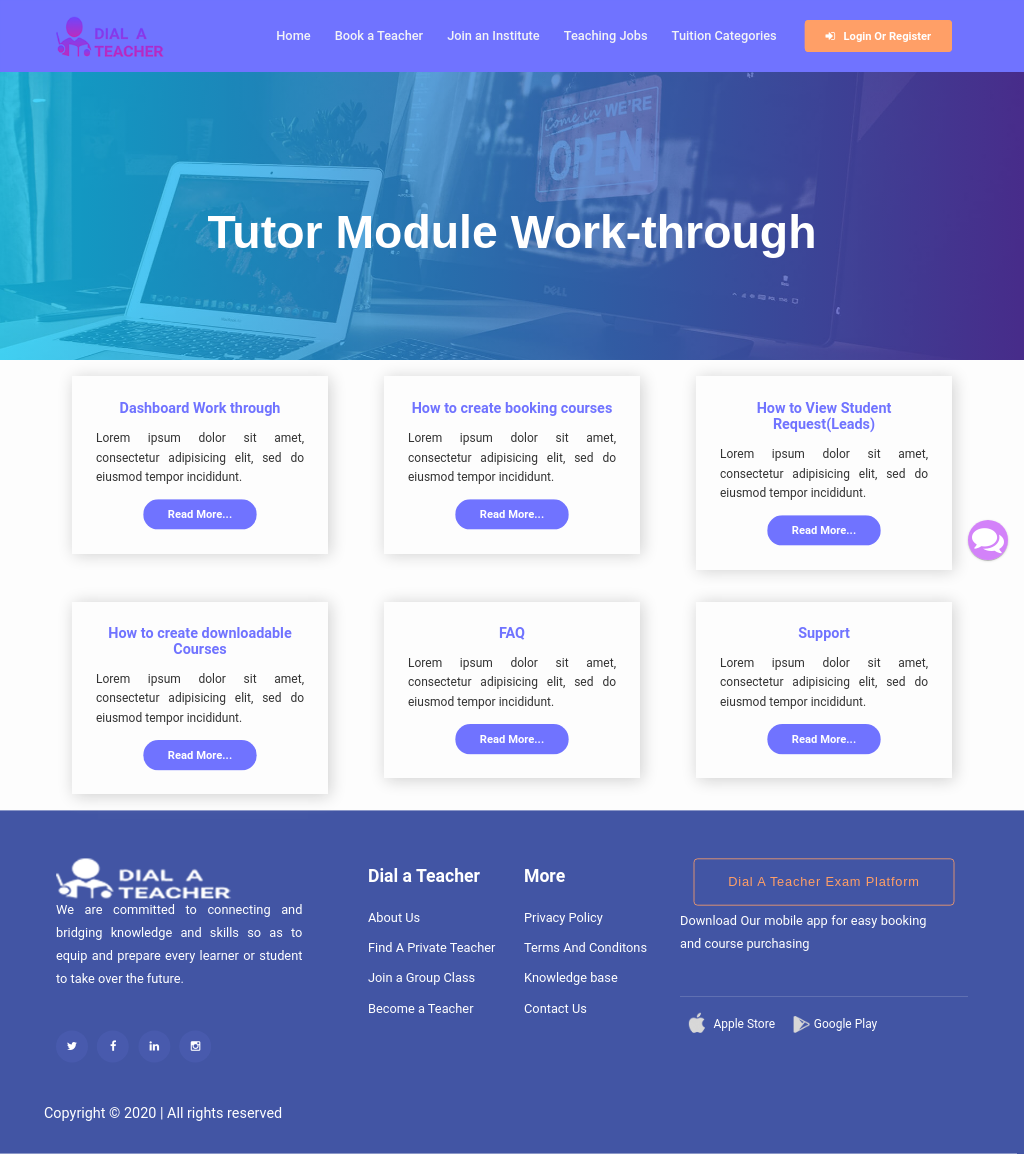
Repository: Samkiroko/DAT_knowledge
Page: instDashboard.html
An editor plug-in stored every save of this project. The page is shown before and after the next save, followed by the edit.
The browser window is 1280 px wide. The pictures show the whole page, at 80% of full size.

Above is the page before, as saved 2020-12-14 16:33:14.
Console error: TypeError: e.indexOf is not a function

### instDashboard.html
<!DOCTYPE html>
<html lang="en" dir="ltr">


  <!-- Mirrored from dialateacher.co.ke/faqs by HTTrack Website Copier/3.x [XR&CO'2014], Sat, 12 Dec 2020 12:13:42 GMT -->
  <!-- Added by HTTrack -->
  <meta http-equiv="content-type" content="text/html;charset=UTF-8" /><!-- /Added by HTTrack -->

  <head>
    <title>
      Dial a Teacher</title>
    <meta charset="utf-8">
    <meta http-equiv="X-UA-Compatible" content="IE=edge">
    <meta name="viewport" content="width=device-width, initial-scale=1">

    <meta name="description" content="Test Meta Description Value">

    <meta name="keywords" content="Test Meta Keyword Value ">
    <meta name="author" content="">
    <link rel="shortcut icon" href="assets/uploads/settings/thumbs/setting_152.png" />



    <!-- HTML5 Shim and Respond.js IE8 support of HTML5 elements and media queries -->
    <!-- WARNING: Respond.js doesn't work if you view the page via file:// -->
    <!--[if lt IE 9]>
           <script src="https://oss.maxcdn.com/libs/html5shiv/3.7.0/html5shiv.js"></script>
           <script src="https://oss.maxcdn.com/libs/respond.js/1.4.2/respond.min.js"></script>
       <![endif]-->

    <link rel="stylesheet" type="text/css" href="assets/front/css/main.css">


  </head>

  <body>
    <!-- Preloader -->
    <!-- <div id="preloader">
        <div id="status">&nbsp;</div>
    </div> -->
    <!-- Ends Preloader -->
    <!-- Nagigation -->
    <nav class="navbar navbar-default yamm">
      <div class="container">
        <!-- Brand and toggle get grouped for better mobile display -->
        <div class="navbar-header">
          <button type="button" class="navbar-toggle" data-toggle="collapse" data-target="#mega-nav-menu">
            <span class="sr-only">Toggle navigation</span>
            <span class="icon-bar"></span>
            <span class="icon-bar"></span>
            <span class="icon-bar"></span>
          </button>

          <a href="index.html"><img src="assets/uploads/settings/setting_35.png" class="logo " alt="logo"></a>
        </div>

        <!-- Collect the nav links, mega-menu, vertical-menu and other content for toggling -->
        <div class="collapse navbar-collapse" id="mega-nav-menu">
          <ul class="nav navbar-nav navbar-right">
            <li><a class="" href="index.html"> Home </a></li>

            <li><a class="" href="search-tutor.html"> Book a Teacher </a></li>

            <li><a class="" href="search-institute.html"> Join an Institute </a></li>

            <li><a class="" href="search-student-leads.html" title="Find Student Leads"> Teaching Jobs </a>
            </li>



            <li><a class="" href="courses.html"> Tuition Categories</a></li>


            <li>
              <a href="auth/login.html"> <span class="nav-btn"> <i class="fa  fa-sign-in"></i> &nbsp;
                  Login <span class="hidden-navbtn">Or Register</span></span>
              </a>
            </li>

          </ul>
        </div>
        <!-- /.navbar-collapse -->
      </div>
    </nav>
    <!-- Ends Navigation -->
    <!--===============================
    =            main-page            =
    ================================-->

    <div class="mwb-main-page example-main">
      <div class="container-fluid">
        <div class="mwb-main-page__content-wrapper">
          <h1 class="mwb-main-page__heading">Tutor Module Work-through</h1>
        </div>
      </div>
    </div>


    <!--====  End of main-page  ====-->

    <!--===========================================
=            documentation-section            =
============================================-->

    <div class="mwb-documentation-section section" id="documentation-section">
      <div class="container">
        <div class="row">
          <div class="col-lg-4 col-md-4 col-sm-6 col-xs-12">
            <a href="category.html" class="mwb-documentation-section__lists overflow" data-aos="flip-up">
              <h3>Dashboard Work through</h3>
              <p>Lorem ipsum dolor sit amet, consectetur adipisicing elit, sed do eiusmod tempor
                incididunt.</p>
              <button type="button" class="mwb-primary-btn mwb-documentation-section__btn">Read
                more...</button>
            </a>
          </div>
          <div class="col-lg-4 col-md-4 col-sm-6 col-xs-12">
            <a href="category.html" class="mwb-documentation-section__lists overflow" data-aos="flip-up">
              <h3>How to create booking courses</h3>
              <p>Lorem ipsum dolor sit amet, consectetur adipisicing elit, sed do eiusmod tempor
                incididunt.</p>
              <button type="button" class="mwb-primary-btn mwb-documentation-section__btn">Read
                more...</button>
            </a>
          </div>
          <div class="col-lg-4 col-md-4 col-sm-6 col-xs-12">
            <a href="category.html" class="mwb-documentation-section__lists overflow" data-aos="flip-up">
              <h3>How to View Student Request(Leads)</h3>
              <p>Lorem ipsum dolor sit amet, consectetur adipisicing elit, sed do eiusmod tempor
                incididunt.</p>
              <button type="button" class="mwb-primary-btn mwb-documentation-section__btn">Read
                more...</button>
            </a>
          </div>
          <div class="col-lg-4 col-md-4 col-sm-6 col-xs-12">
            <a href="category.html" class="mwb-documentation-section__lists overflow" data-aos="flip-up">
              <h3>How to create downloadable Courses</h3>
              <p>Lorem ipsum dolor sit amet, consectetur adipisicing elit, sed do eiusmod tempor
                incididunt.</p>
              <button type="button" class="mwb-primary-btn mwb-documentation-section__btn">Read
                more...</button>
            </a>
          </div>
          <div class="col-lg-4 col-md-4 col-sm-6 col-xs-12">
            <a href="category.html" class="mwb-documentation-section__lists overflow" data-aos="flip-up">
              <h3>FAQ</h3>
              <p>Lorem ipsum dolor sit amet, consectetur adipisicing elit, sed do eiusmod tempor
                incididunt.</p>
              <button type="button" class="mwb-primary-btn mwb-documentation-section__btn">Read
                more...</button>
            </a>
          </div>
          <div class="col-lg-4 col-md-4 col-sm-6 col-xs-12">
            <a href="category.html" class="mwb-documentation-section__lists overflow" data-aos="flip-up">
              <h3>Support</h3>
              <p>Lorem ipsum dolor sit amet, consectetur adipisicing elit, sed do eiusmod tempor
                incididunt.</p>
              <button type="button" class="mwb-primary-btn mwb-documentation-section__btn">Read
                more...</button>
            </a>
          </div>

        </div>
      </div>

      <!--====  End of documentation-section  ====-->
      <!-- Footer -->
      <footer>
        <div class="footer-wrappper footer-bg">
          <!-- Footer Start-->
          <div class="footer-area footer-padding">
            <div class="container">
              <div class="row justify-content-between">
                <div class="col-xl-3 col-lg-4 col-md-3 col-sm-5">
                  <div class="single-footer-caption mb-50">
                    <div class="single-footer-caption mb-30">
                      <!-- logo -->
                      <div class="footer-logo mb-25">
                        <a href="index.html"><img src="assets/front/images/logo/logo2_footer.png" alt=""></a>
                      </div>
                      <div class="footer-tittle">
                        <div class="footer-pera">
                          <p>We are committed to connecting and bridging knowledge and
                            skills so as to equip and prepare every learner or student to
                            take
                            over the future.</p>
                        </div>
                      </div>
                      <!-- social -->
                      <div class="footer-social">
                        <a href="#"><i class="fa fa-twitter"></i></a>
                        <a href="#"><i class="fa fa-facebook-f"></i></a>
                        <a href="#"><i class="fa fa-linkedin"></i></a>
                        <a href="#"><i class="fa fa-instagram"></i></a>
                      </div>
                    </div>
                  </div>
                </div>
                <div class="col-xl-1 col-lg-2 col-md-2 col-sm-3">
                  <div class="single-footer-caption mb-50">
                    <div class="footer-tittle">
                      <h4>Dial a Teacher</h4>
                      <ul>
                        <li><a href="about-us.html">About Us</a></li>
                        <li><a href="search-tutor.html">Find A Private Teacher</a></li>
                        <li><a href="search-institute.html">Join a Group Class</a></li>
                        <li><a href="auth/login.html">Become a Teacher</a></li>
                      </ul>
                    </div>
                  </div>
                </div>
                <div class="col-xl-1 col-lg-2 col-md-3 col-sm-3">
                  <div class="single-footer-caption mb-50">
                    <div class="footer-tittle">
                      <h4>More</h4>
                      <ul>
                        <li><a href="home/terms-and-conditions.html">Privacy Policy</a></li>
                        <li><a href="home/terms-and-conditions.html">Terms And Conditons</a>
                        </li>
                        <li><a href="faqs.html">Knowledge base</a></li>
                        <li><a href="contact-us.html">Contact Us</a></li>
                      </ul>
                    </div>
                  </div>
                </div>
                <div class="col-xl-2 col-lg-4 col-md-4 col-sm-6">
                  <div class="single-footer-caption mb-50">
                    <div class="single-footer-caption mb-30">
                      <div class="row justify-content-start">
                        <div class="col-xl-12">
                          <div class="section-tittle text-center mt-20">
                            <a href="https://exam.dialateacher.co.ke/" class="border-btn">Dial A
                              Teacher Exam platform</a>
                          </div>
                        </div>
                      </div>
                      <div class="footer-tittle">
                        <div class="footer-pera text-center">
                          <p>Download Our mobile app for easy booking and course purchasing
                          </p>
                        </div>
                      </div>
                      <!-- social -->
                      <div class="footer-appdownload">
                        <hr class="footer-hr hidden-xs">
                        <a href="https://itunes.apple.com/in/genre/ios/id36?mt=8" target="_blank"><img
                            src="assets/front/images/icn-istore.png" alt="IOS app link"> Apple Store</a>

                        <a href="https://play.google.com/store?hl=en" target="_blank"><img
                            src="assets/front/images/icn-playstore.png" alt="Android app link">Google Play</a>
                      </div>
                    </div>
                  </div>
                </div>
              </div>
            </div>
          </div>
          <!-- footer-bottom area -->
          <div class="footer-bottom-area">
            <div class="container">
              <div class="footer-border">
                <div class="row d-flex align-items-center">
                  <div class="col-xl-12 ">
                    <div class="footer-copy-right text-center">
                      <p>
                        Copyright &copy;
                        <script>document.write(new Date().getFullYear());</script> | All rights
                        reserved
                      </p>
                    </div>
                  </div>
                </div>
              </div>
            </div>
          </div>
          <!-- Footer End-->
        </div>
      </footer>
      <!-- Ends Footer -->


      <!-- Scroll Up -->
      <div class="form-box " id="myDIV">
        <h2 class="login-header"><i class="far fa-comment-dots icon"></i>Support Center</h2>
        <div class="test">
          <form class="formInput">
            <div>
              <input type="text" required id="test">
              <label class="inputLabel">Name</label>
            </div>

            <div>
              <input type="text" id="numberText" required>
              <label class="inputLabel">Mobile No.</label>
            </div>
            <div>
              <input type="text" required>
              <label class="inputLabel">Message</label>
            </div>
            <div>
              <input type="file" id="inputFile" required><label id="labelFile" for="inputFile">
                <i class="far fa-file-image" id="iconPhoto"></i>Choose a Photo</label>
            </div>

            <p id="legal">Will get back to you within 24hr. Have a good one. </p>
            <input type="submit" value="Send" id="submitButt" class="active">
          </form>
        </div>
        <div class="footer"></div>
      </div>
      <button class="floating-btn" onclick="myFunction()">
        <i class="fa fa-comments"></i>
      </button>
      <script src="https://ajax.googleapis.com/ajax/libs/jquery/3.4.1/jquery.min.js"></script>
      <script>
        $('#submitButt').click(function () {
          $(this).toggleClass('active');
        });
        $(function () {
          $("#test").focus();
        });
        document.querySelector('.floating-btn').addEventListener('click', function (e) {
          e.target.closest('button').classList.toggle('clicked');
        });

        function myFunction() {
          var x = document.getElementById("myDIV");
          console.log(x);
          console.log(x.classList.contains('open'));
          if (x.classList.contains('open')) {
            x.classList.remove("open");
          } else {
            x.classList.add("open");
            document.getElementById("test").focus();

          }
        }
      </script>
      <!-- Scroll Up end -->




      <!-- Script files -->
      <script src="assets/front/js/jquery.js"></script>

      <link rel="stylesheet" href="assets/front/css/jquery-ui.css">
      <script src="assets/front/js/jquery-ui.js"></script>
      <script>
        $(function () {
          $(".custom_accordion").accordion({
            heightStyle: "content"
          });
        });
      </script>




      <!--Bootstrap Page-->
      <script src="assets/front/js/bootstrap.min.js"></script>
      <!--Profile Page-->
      <script src="assets/front/js/marquee.js"></script>
      <script type="text/javascript" src="assets/front/js/flatpickr.min.js"></script>

      <script type="text/javascript" src="assets/front/js/select2.min.js"></script>
      <script type="text/javascript" src="assets/front/js/owl.carousel.min.js"></script>
      <script type="text/javascript" src="assets/front/js/jRate.min.js"></script>
      <script type="text/javascript" src="assets/front/js/jquery.magnific-popup.js"></script>
      <script type="text/javascript" src="assets/front/js/jquery.smartmenus.js"></script>
      <script type="text/javascript" src="assets/front/js/jquery.smartmenus.bootstrap.js"></script>
      <script type="text/javascript" src="assets/front/js/flexgrid.js"></script>
      <script type="text/javascript" src="assets/front/js/countUp.js"></script>
      <script type="text/javascript" src="assets/front/js/jquery.dataTables.min.js"></script>
      <!-- Custom Script -->
      <script type="text/javascript" src="assets/front/js/main.js"></script>

      <!--Gallery-->
      <script type="text/javascript" src="assets/front/js/fileinput.min.js"></script>


      <!--COntact us page-->
      <!--script type="text/javascript" src="https://maps.googleapis.com/maps/api/js?key=AIzaSyC-h5q6y2eBfFV5X7QV6Z5mrFFU2s97XJs&sensor=false"></script>
<script>
$(document).ready(function () {
    "use strict";

    function e() {
        var e = {
                center: a,
                zoom: 10,
                /*scrollwheel:!0*/
                scrollwheel: false,
                mapTypeId: google.maps.MapTypeId.ROADMAP,
                styles: [{
                    featureType: "landscape",
                    stylers: [{
                        hue: "#FFBB00"
                }, {
                        saturation: 43.400000000000006
                }, {
                        lightness: 37.599999999999994
                }, {
                        gamma: 1
                }]
            }, {
                    featureType: "road.highway",
                    stylers: [{
                        hue: "#FFC200"
                }, {
                        saturation: -61.8
                }, {
                        lightness: 45.599999999999994
                }, {
                        gamma: 1
                }]
            }, {
                    featureType: "road.arterial",
                    stylers: [{
                        hue: "#FF0300"
                }, {
                        saturation: -100
                }, {
                        lightness: 51.19999999999999
                }, {
                        gamma: 1
                }]
            }, {
                    featureType: "road.local",
                    stylers: [{
                        hue: "#FF0300"
                }, {
                        saturation: -100
                }, {
                        lightness: 52
                }, {
                        gamma: 1
                }]
            }, {
                    featureType: "water",
                    stylers: [{
                        hue: "#0078FF"
                }, {
                        saturation: -13.200000000000003
                }, {
                        lightness: 2.4000000000000057
                }, {
                        gamma: 1
                }]
            }, {
                    featureType: "poi",
                    stylers: [{
                        hue: "#00FF6A"
                }, {
                        saturation: -1.0989010989011234
                }, {
                        lightness: 11.200000000000017
                }, {
                        gamma: 1
                }]
            }]

            },
            t = new google.maps.Map(document.getElementById("tutors_map"), e),
            s = {
                url: "assets/front/images/logo_google_map.png"
            },
            o = new google.maps.Marker({
                position: a,
                map: t,
                icon: s,
                animation: google.maps.Animation.BOUNCE
            });
        o.setMap(t);
        var n = new google.maps.InfoWindow({
            content: "<strong>Westland, peponi Rd <br> Westlands, Nairobi 00606</strong>"
        });
        google.maps.event.addListener(o, "click", function () {
            n.open(t, o)
        })
    }
    var a;
    a = new google.maps.LatLng("17.4459764", "78.38607860000002"), google.maps.event.addDomListener(window, "load", e), a = new google.maps.LatLng("17.4459764", "78.38607860000002")
});
</script-->


      <script>
        $(function () {
          $(".stu-certificate").attr("target", "_blank");
        });
      </script>


  </body>


  <!-- Mirrored from dialateacher.co.ke/faqs by HTTrack Website Copier/3.x [XR&CO'2014], Sat, 12 Dec 2020 12:13:42 GMT -->

</html>

### assets/front/css/main.css
@import url('font-awesome.min.css');
@import url('bootstrap.min.css');
@import url('select2.min.css');
@import url('owl.carousel.min.css');
@import url('owl.theme.default.min.css');
@import url('magnific-popup.css');
@import url('jquery.smartmenus.bootstrap.css');
@import url('jquery.dataTables.min.css');
@import url('flatpickr.min.css');
@import url('sateesh-style.css');
@import url('video-js.css');
@import url('colorbox.css');
@import url('sateesh-bootstrap.min.css');
@import url('sateesh-new-style.css');
@import url('document.css');

### assets/front/images/footer-bg.html
<!doctype html>
<html>
<head>
<meta name="viewport" content="width=device-width, maximum-scale=1, initial-scale=1, user-scalable=0">
<meta charset="utf-8">
<title>Couldn't find the page - 404 Not Found</title>
<link href="assets/front/css/bootstrap.min.css" rel="stylesheet">
<link href="../assets/front/css/bootstrap.min.css" rel="stylesheet">
<style>
body {
	/*background-color: #534051;*/
  background-color: #8bc2d2;
}
.error-box {
	color: #fff;
	font-weight: 600;
	margin-top: 100px;
	text-align: center;
}
.error-box .message-small {
	font-size: 24px;
	line-height:28px;
}
.error-box .message-big {
	font-size: 160px;
	line-height: 180px;
	color:#fff;
	text-shadow: 1px 1px 1px #666, 0 0 2px #333;
}
</style>
<script>
function goBack()
  {
  window.history.back()
  }
</script>
</head>

<body>
<div class="row-fluid">
<div class="span8 offset2">
  <div class="error-box">
    <div class="message-small">Sorry! the page doesn't seem to be exist.</div>
    <div class="clearfix"></div>
    <div class="message-big">404</div>
    <div class="clearfix"></div>
    <div class="message-small">Try clicking on the Homepage or back button to find what you're after.</div>
    <div class="clearfix"></div>
    <div style="margin-top: 50px"> <a onClick="goBack()" class="btn btn-info"> <i class="icon-arrow-left icon-white"></i> Go Back </a> <a href="https://dialateacher.co.ke/" class="btn btn-primary"> <i class="icon-home icon-white"></i> Homepage </a></div>
  </div>
</div>
</div>
</body>
</html>

Loaded but not shown: assets/front/css/font-awesome.min.css (library); assets/front/css/bootstrap.min.css (library); assets/front/css/select2.min.css (library); assets/front/css/owl.carousel.min.css (library); assets/front/css/owl.theme.default.min.css (common file); assets/front/css/magnific-popup.css (library); assets/front/css/jquery.smartmenus.bootstrap.css (library); assets/front/css/jquery.dataTables.min.css (library); assets/front/css/flatpickr.min.css (library); assets/front/css/sateesh-bootstrap.min.css (library); assets/front/css/jquery-ui.css (library); assets/front/js/jquery-ui.js (library); assets/front/js/bootstrap.min.js (library); assets/front/js/marquee.js (library); assets/front/js/flatpickr.min.js (library); assets/front/js/select2.min.js (library); assets/front/js/owl.carousel.min.js (library); assets/front/js/jRate.min.js (library); assets/front/js/jquery.magnific-popup.js (library); assets/front/js/jquery.smartmenus.js (library); assets/front/js/jquery.smartmenus.bootstrap.js (library); assets/front/js/flexgrid.js (library); assets/front/js/jquery.dataTables.min.js (library); assets/front/js/fileinput.min.js (library); assets/front/js/main.js (358 lines, source omitted); assets/front/js/countUp.js (196 lines, source omitted); assets/front/css/sateesh-new-style.css (7945 lines, source omitted); assets/front/css/sateesh-style.css (7940 lines, source omitted); assets/front/css/video-js.css (1400 lines, source omitted); assets/front/css/document.css (1294 lines, source omitted); assets/front/css/colorbox.css (75 lines, source omitted); assets/front/js/jquery.js (no copy from this time; the picture is the same without it)

After the next save:
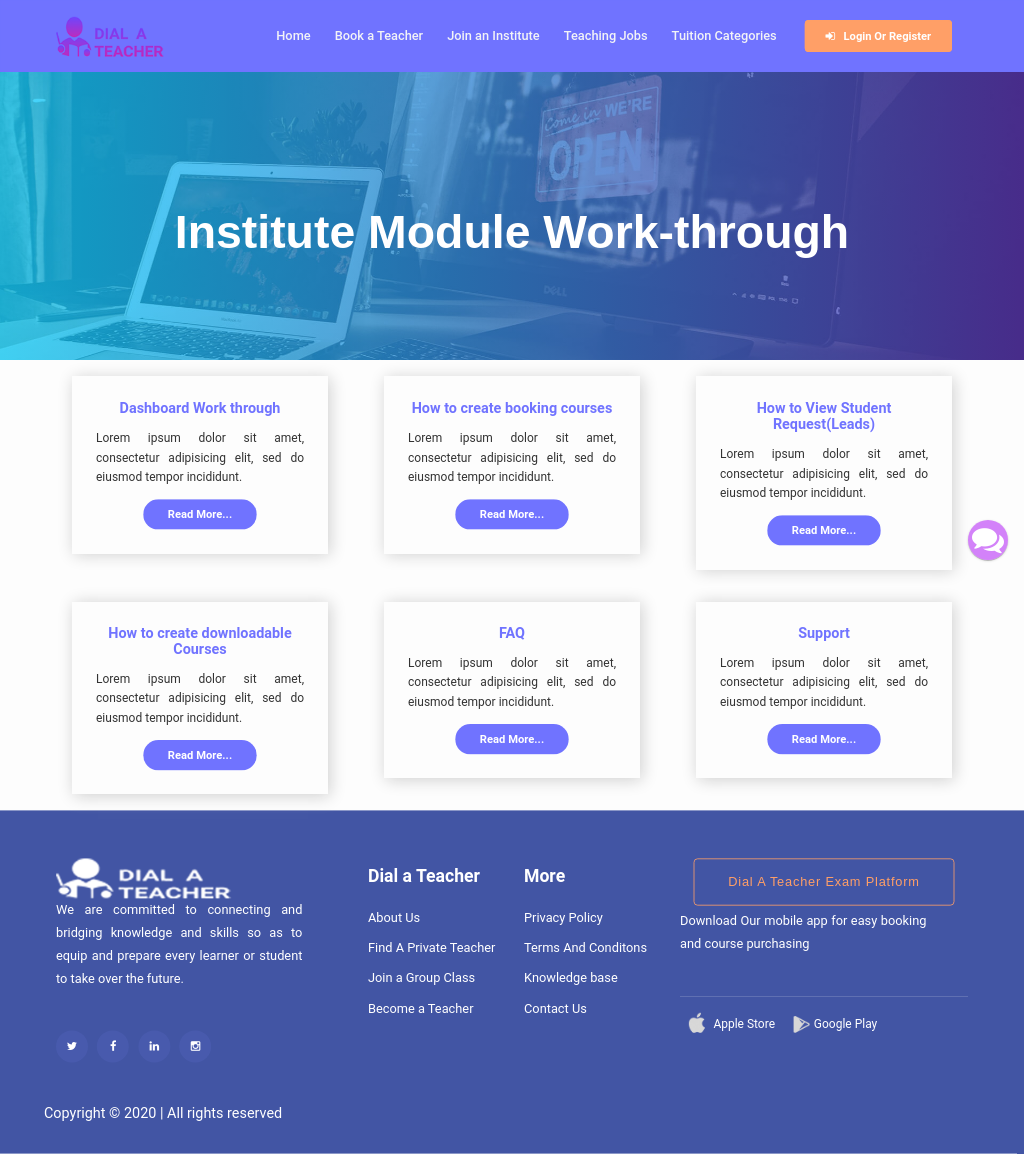
Saved 36 min 58 s later.
--- a/instDashboard.html
+++ b/instDashboard.html
@@ -90,7 +90,7 @@
     <div class="mwb-main-page example-main">
       <div class="container-fluid">
         <div class="mwb-main-page__content-wrapper">
-          <h1 class="mwb-main-page__heading">Tutor Module Work-through</h1>
+          <h1 class="mwb-main-page__heading">Institute Module Work-through</h1>
         </div>
       </div>
     </div>
